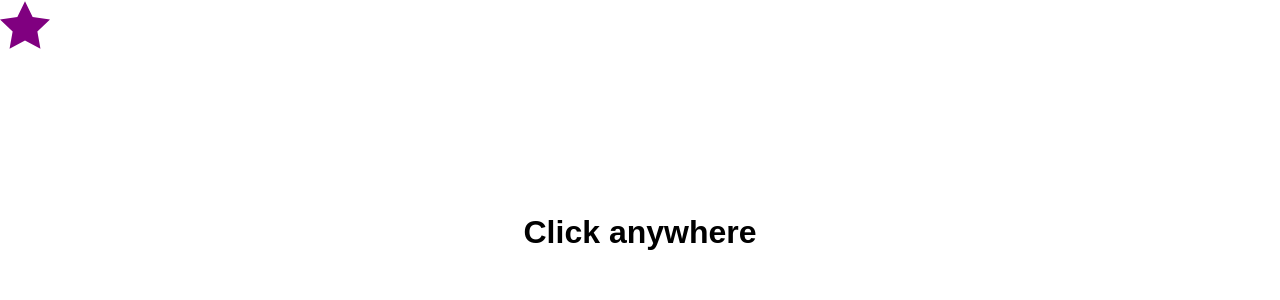
Repository: alexmaddux99/Lab3
Page: mouse-events.html
The author's editor kept a copy of each file at every save. The page is drawn from the files as they stood at one save, then again after the next save.
The browser window is 1280 px wide. The pictures show the whole page.

Above is the page before, as saved 2022-02-17 12:04:20.

### mouse-events.html
<!DOCTYPE html>
<html lang="en">

<head>
    <meta charset="UTF-8">
    <meta http-equiv="X-UA-Compatible" content="IE=edge">
    <meta name="viewport" content="width=device-width, initial-scale=1.0">
    <title>Mouse Events</title>
    <style>
        body {
            margin:0;
            height:100vh;
        }

        .star {

            transition: transform 1s;
        }

        p {
            margin-top: 10rem;
            text-align: center;
            font: bold 2rem sans-serif;
        }

        svg{
            fill: purple;
            height: 50px;
            width: 50px;
        }

    </style>
</head>

<body>

    <div id="dot" class="star">
        <svg xmlns="http://www.w3.org/2000/svg" width="24" height="24" viewBox="0 0 24 24"><path d="M12 .587l3.668 7.568 8.332 1.151-6.064 5.828 1.48 8.279-7.416-3.967-7.417 3.967 1.481-8.279-6.064-5.828 8.332-1.151z"/></svg>
    </div>
    <p>Click anywhere</p>

    <script>
        var dot = document.getElementById('dot');
        document.body.addEventListener('click', (e) => {
            console.log("Client: " , e.clientX , e.clientY)
            console.log("Page: " , e.pageX , e.pageY)
            console.log("Screen: " , e.screenX , e.screenY)
            console.log("Event Object: ", e);
            dot.style.transform = `translateY(${e.clientY - 25}px)`;
            dot.style.transform += `translateX(${e.clientX - 25}px)`;
            dot.style.opacity = 1;
        }, false);
    </script>
</body>

</html>

After the next save:
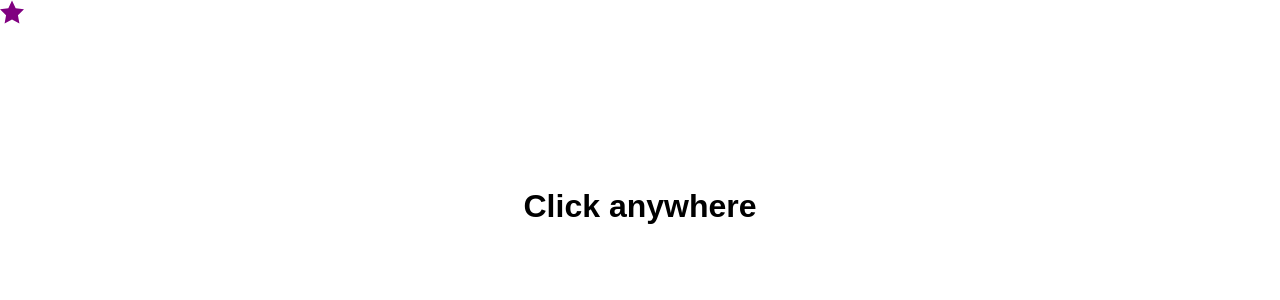
Saved 114 s later.
--- a/mouse-events.html
+++ b/mouse-events.html
@@ -25,8 +25,7 @@
 
         svg{
             fill: purple;
-            height: 50px;
-            width: 50px;
+
         }
 
     </style>

After the save that followed:
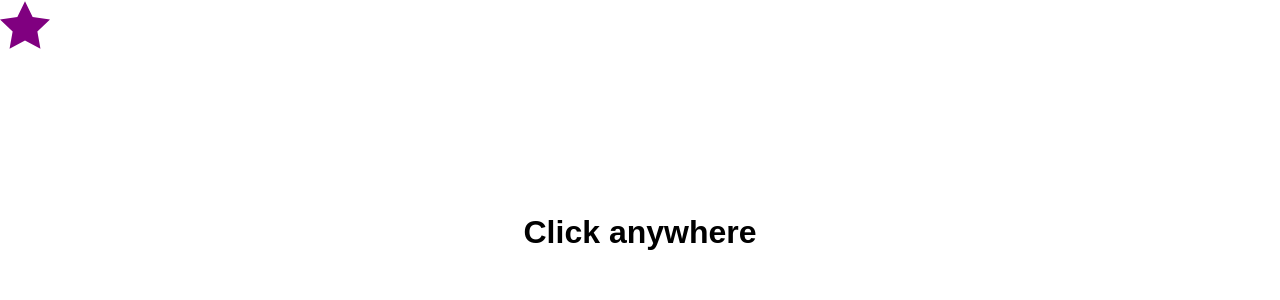
Saved 4 s later.
--- a/mouse-events.html
+++ b/mouse-events.html
@@ -25,7 +25,8 @@
 
         svg{
             fill: purple;
-
+            height: 50px;
+            width: 50px;
         }
 
     </style>
